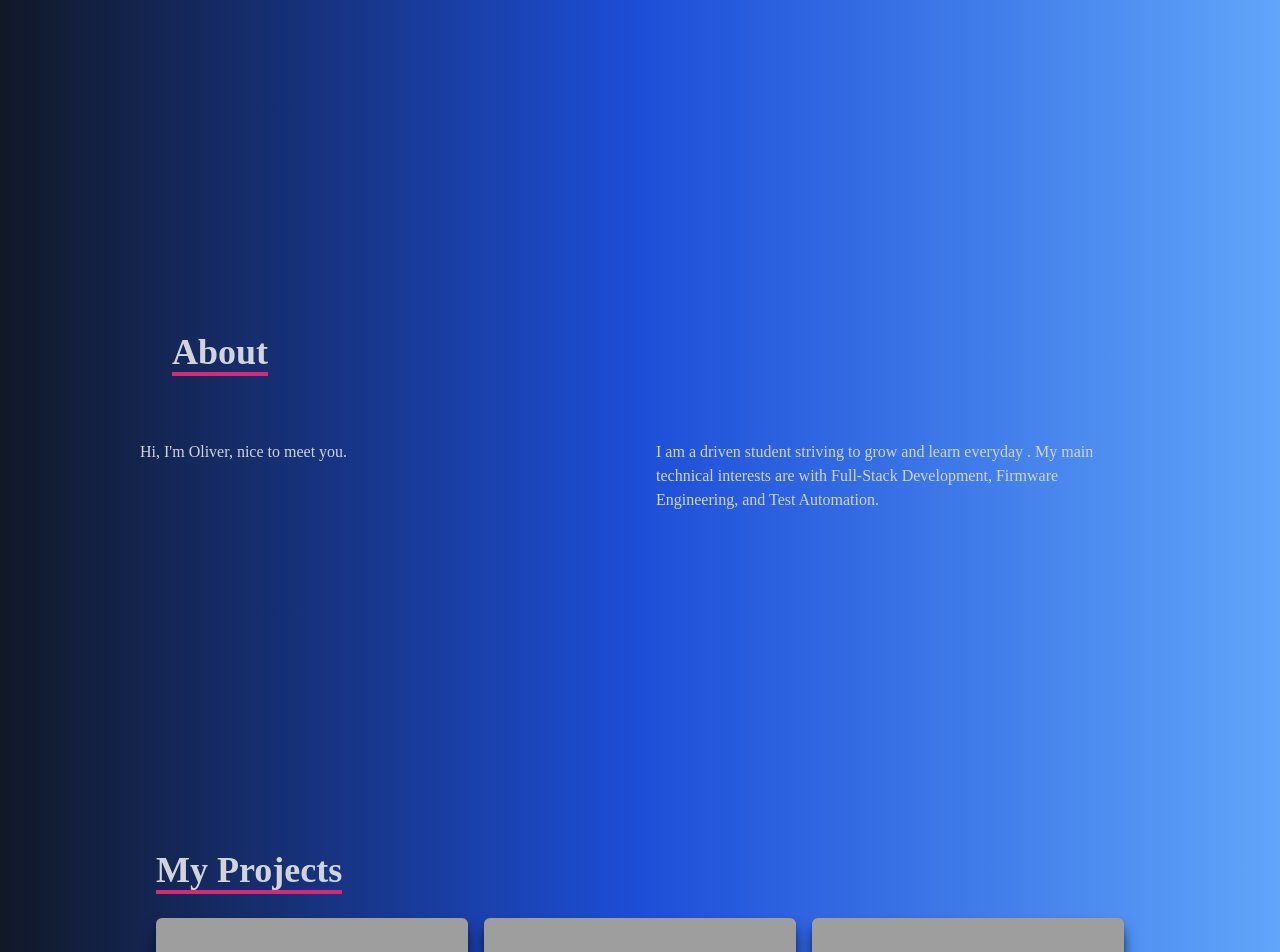
Repository: olichengus/Project-Portfolio
Page: /
The author's editor kept a copy of each file at every save. The page is drawn from the files as they stood at one save, then again after the next save.
The browser window is 1280 px wide. The pictures show the part of the page from y = 658 to 1610 px (the page is 2160 px tall).
Pictures or frames that could not be fetched are drawn as grey boxes. The project was rebuilt for these pictures with package versions that can differ from the ones it lists, and the page was loaded fresh each time.

Above is the page before, as saved 2024-02-10 00:33:22.

After the next save:
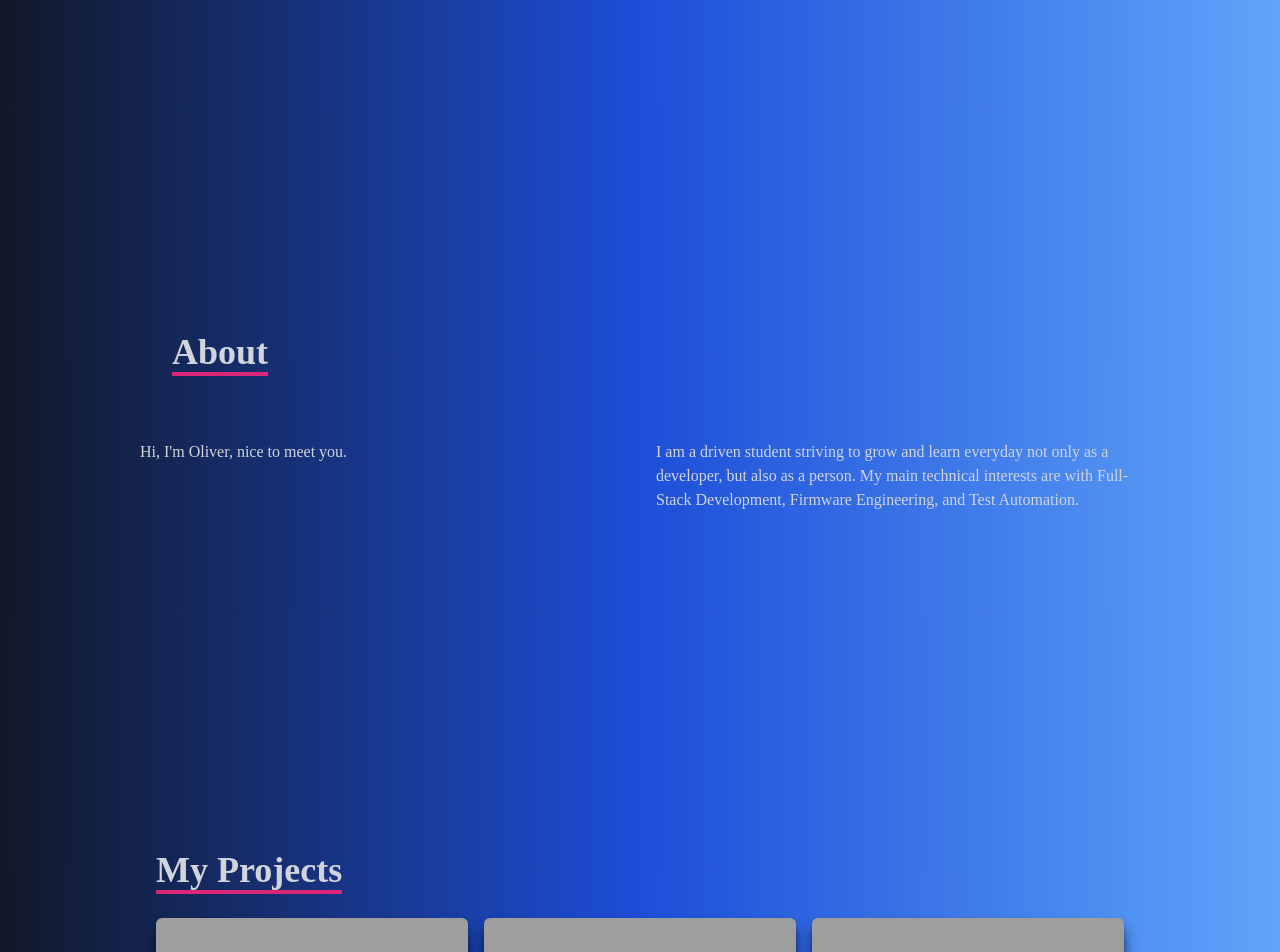
Saved 9 s later.
--- a/src/components/About.jsx
+++ b/src/components/About.jsx
@@ -15,7 +15,7 @@ const About = () => {
                         <p>Hi, I'm Oliver, nice to meet you.</p>
                     </div>
                     <div>
-                        I am a driven student striving to grow and learn everyday . My main technical interests are with Full-Stack Development, Firmware Engineering, and Test Automation.
+                        I am a driven student striving to grow and learn everyday not only as a developer, but also as a person. My main technical interests are with Full-Stack Development, Firmware Engineering, and Test Automation.
                     </div>
                 </div>
             </div>
